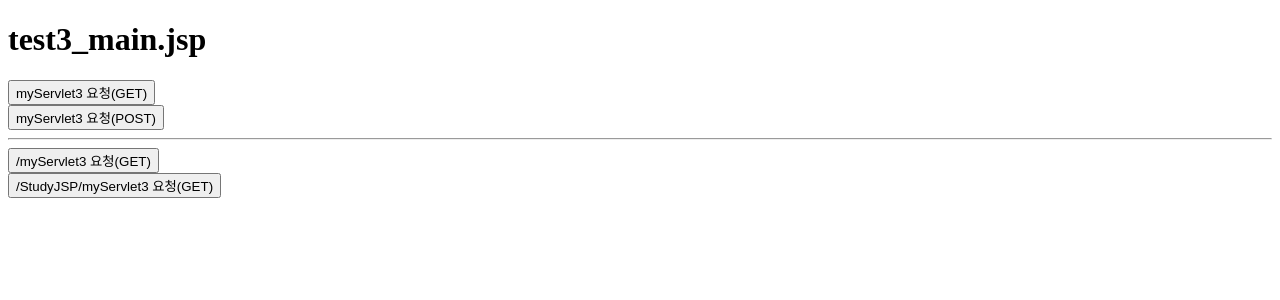
Repository: junesse-afk/ITJSP
Page: http://localhost/StudyJSP/jsp09_servlet/test3_main.jsp
An editor plug-in stored every save of this project. The page is shown before and after the next save, followed by the edit.
The browser window is 1280 px wide. The pictures show the whole page.
The page is served by Tomcat 10. Other server files are loaded and not shown.

Above is the page before, as saved 2024-11-26 07:24:14.

### workspace_jsp/StudyJSP/src/main/webapp/jsp09_servlet/test3_main.jsp
<%@ page language="java" contentType="text/html; charset=UTF-8"
    pageEncoding="UTF-8"%>
<!DOCTYPE html>
<html>
<head>
<meta charset="UTF-8">
<title>Insert title here</title>
</head>
<body>

	<h1>test3_main.jsp</h1>
	<form action="myServlet3" method="get">
		<input type="hidden" name="id" value="admin">
		<input type="hidden" name="name" value="홍길동">
		<input type="submit" value="myServlet3 요청(GET)">
	</form>
	<form action="myServlet3" method="post">
		<input type="hidden" name="id" value="admin">
		<input type="hidden" name="name" value="홍길동">
		<input type="submit" value="myServlet3 요청(POST)">
	</form>
	<hr>

	<%-- 요청 주소 앞에 /가 붙을 경우 루트(/)를 의미하게 되므로 --%>
	<%-- 현재 요청 주소의 최상위 경로에서 myServlet3 서블릿을 요청하게 된다! --%>
	<form action="/myServlet3" method="get">
		<input type="submit" value="/myServlet3 요청(GET)">
	</form>

	<%-- 요청 주소에 / 사용 시 프로젝트명(폴더명) 까지 명시해야한다! --%>
	<form action="/StudyJSP/myServlet3" method="get">
		<input type="submit" value="/StudyJSP/myServlet3 요청(GET)">
	</form>

	<%-- 현재 프로젝트명(컨텍스트 루트)까지 직접 기술하지 않도 EL을 통해 표현하는 방법 --%>





</body>
</html>

After the next save:
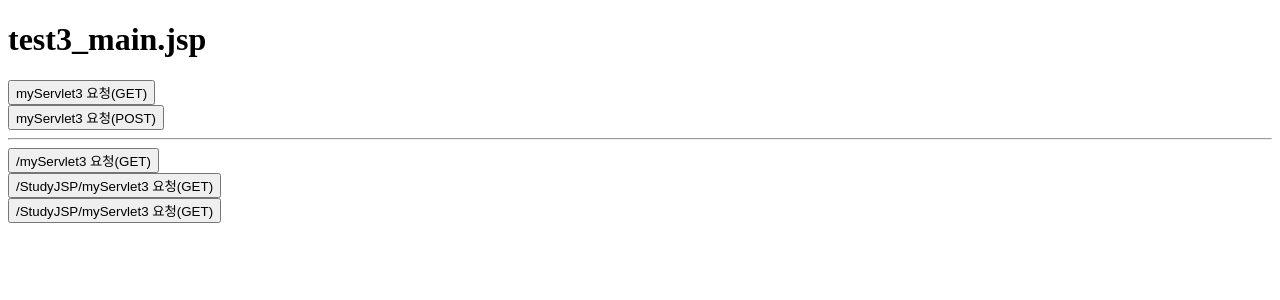
Saved 26 s later.
--- a/workspace_jsp/StudyJSP/src/main/webapp/jsp09_servlet/test3_main.jsp
+++ b/workspace_jsp/StudyJSP/src/main/webapp/jsp09_servlet/test3_main.jsp
@@ -33,6 +33,9 @@
 	</form>
 
 	<%-- 현재 프로젝트명(컨텍스트 루트)까지 직접 기술하지 않도 EL을 통해 표현하는 방법 --%>
+	<form action="${pageContext.request.contextPath}/myServlet3" method="get">
+		<input type="submit" value="/StudyJSP/myServlet3 요청(GET)">
+	</form>
 
 
 
